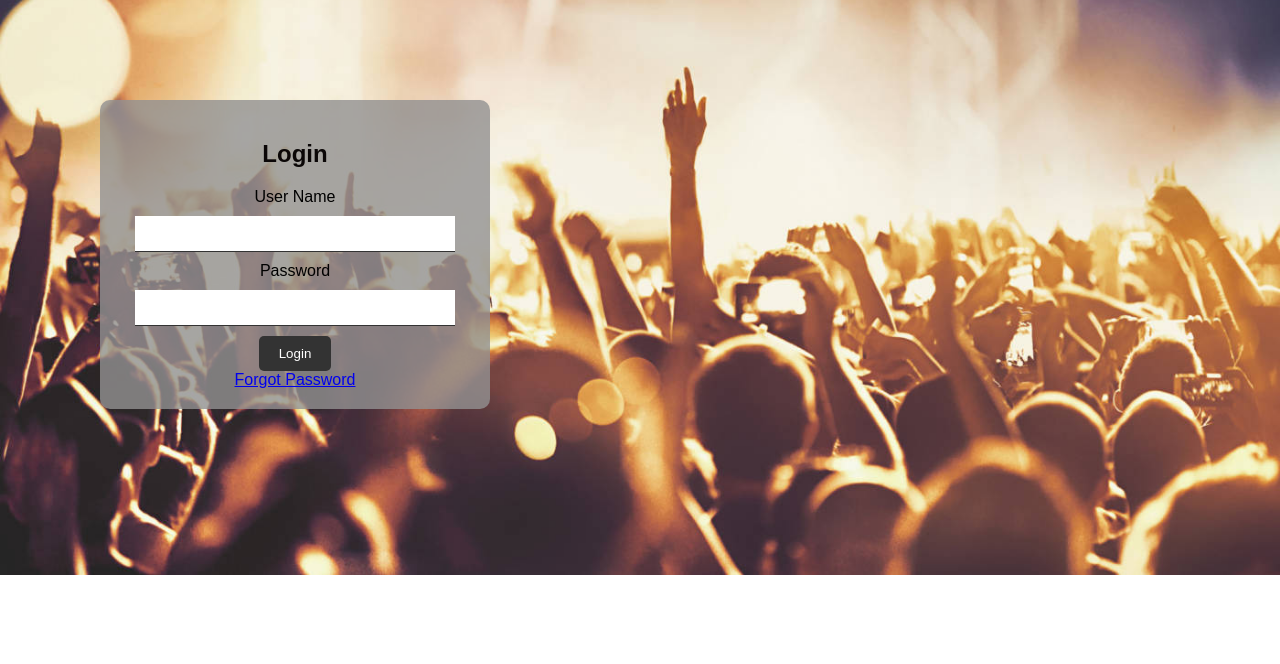
Repository: Dulankayapa/2ndyearoopprojrct
Page: http://localhost/feedback/login.jsp
An editor plug-in stored every save of this project. The page is shown before and after the next save, followed by the edit.
The browser window is 1280 px wide. The pictures show the whole page.
The page is served by Tomcat 9.

Above is the page before, as saved 2023-10-23 03:19:42.

After the next save:
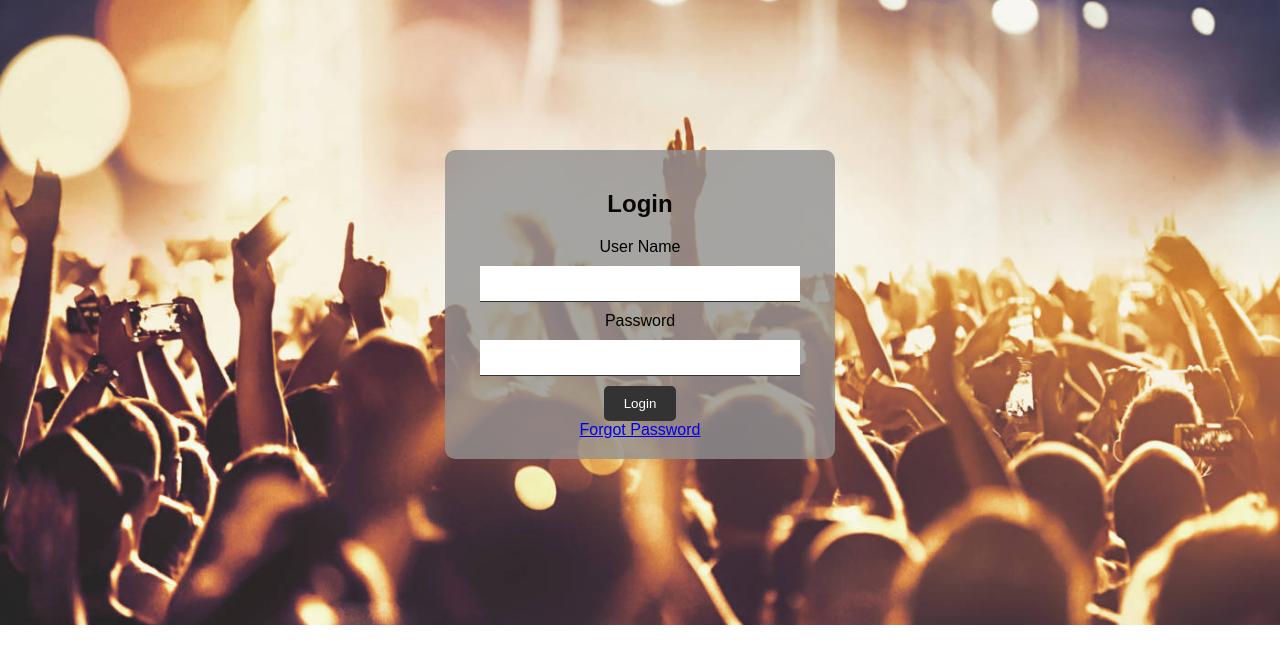
Saved 52 s later.
--- a/feedback/src/main/webapp/login.jsp
+++ b/feedback/src/main/webapp/login.jsp
@@ -19,7 +19,7 @@
             text-align: center;
             padding: 20px;
             width: 350px;
-             margin: 100px 100px;
+             margin: 150px auto;
 
 
 
